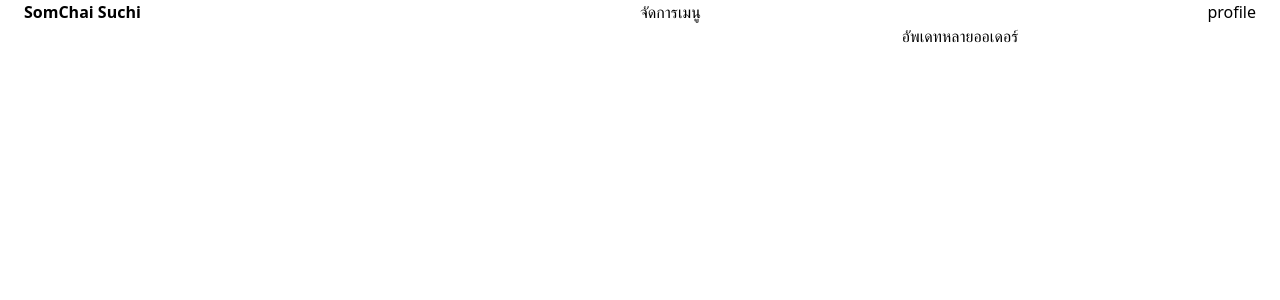
Repository: Pingping1004/food-ordering
Page: / (app in frontend/)
The author's editor kept a copy of each file at every save. The page is drawn from the files as they stood at one save, then again after the next save.
The browser window is 1280 px wide. The pictures show the whole page.
The project was rebuilt for these pictures with package versions that can differ from the ones it lists, and the page was loaded fresh each time. The framework's server and built-in components were replaced by stand-ins that run in the browser. Also part of the build but not shown: frontend/next.config.ts.

Above is the page before, as saved 2025-06-04 01:34:12.

After the next save:
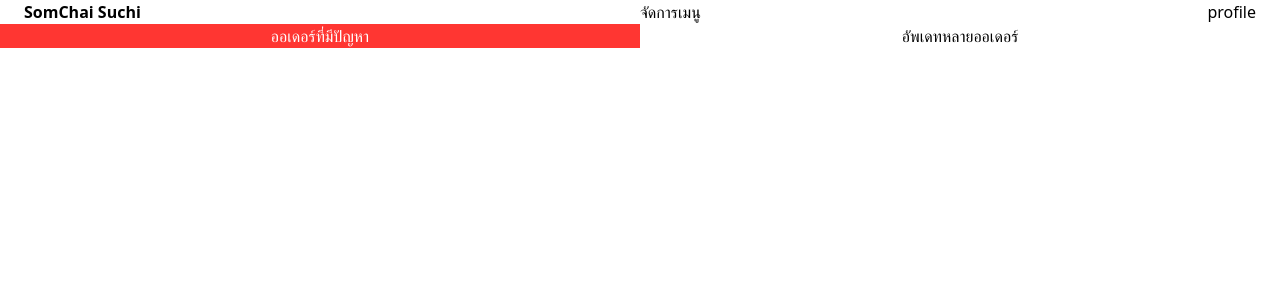
Saved 7 s later.
--- a/frontend/src/app/page.tsx
+++ b/frontend/src/app/page.tsx
@@ -5,7 +5,7 @@
     <div>
       <CookerHeader />
       <section className="grid grid-cols-2">
-        <button className="bg-danger-main text-white">ออเดอร์ที่มีปัญหา</button>
+        <button className="bg-[#FF3632] text-white hover:bg-danger-light">ออเดอร์ที่มีปัญหา</button>
         <button>อัพเดทหลายออเดอร์</button>
       </section>
     </div>

After the 2 saves that followed:
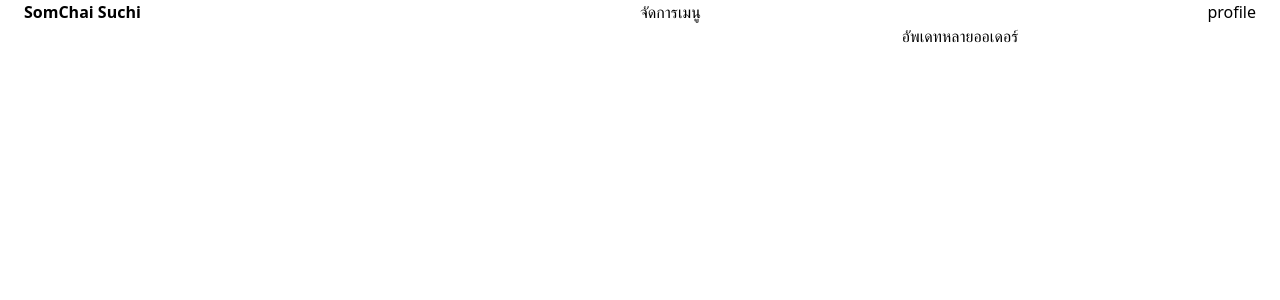
The 2 saves are shown as one change because 1 left the picture as it was.
The last was saved 40 s later.
--- a/frontend/src/app/page.tsx
+++ b/frontend/src/app/page.tsx
@@ -5,7 +5,7 @@
     <div>
       <CookerHeader />
       <section className="grid grid-cols-2">
-        <button className="bg-[#FF3632] text-white hover:bg-danger-light">ออเดอร์ที่มีปัญหา</button>
+        <button className="bg-danger-main text-white">ออเดอร์ที่มีปัญหา</button>
         <button>อัพเดทหลายออเดอร์</button>
       </section>
     </div>
--- a/frontend/src/app/globals.css
+++ b/frontend/src/app/globals.css
@@ -18,7 +18,3 @@
     --foreground: #ededed;
   }
 }
-
-@tailwind base;
-@tailwind components;
-@tailwind utilities;
